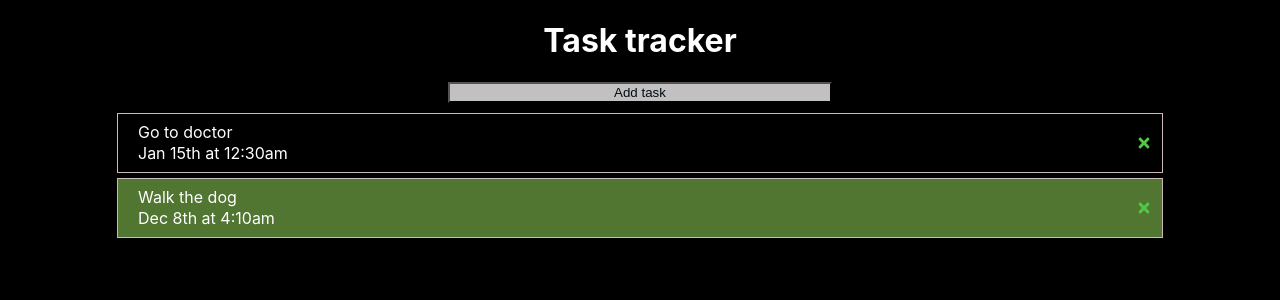
Repository: roscaImarius/task-tracker-react
Page: /
These files come from the project's save history. The page is drawn as it stood at one moment and after the next save; the edit follows.
The browser window is 1280 px wide. The pictures show the whole page.
The project was rebuilt for these pictures with package versions that can differ from the ones it lists, and the page was loaded fresh each time. Requests to the local data server were answered from the project's data file. Also part of the build but not shown: src/components/AddTask.js.

Above is the page before, as saved 2021-03-31 15:23:55.

After the next save:
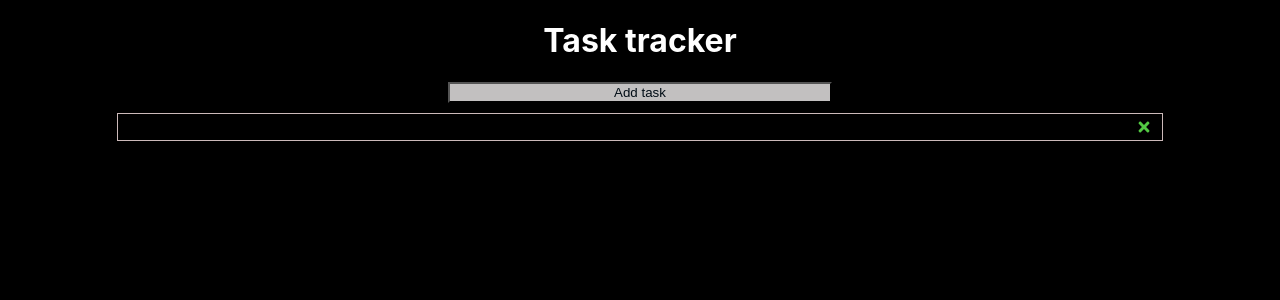
Saved 93 s later.
--- a/src/App.js
+++ b/src/App.js
@@ -9,7 +9,7 @@
   useEffect(() => {
     const getTasks = async () => {
       const tasksFromServer = await fetchTasks();
-      setTasks(tasksFromServer);
+      setTasks([tasksFromServer]);
     };
 
     getTasks();

After the save that followed:
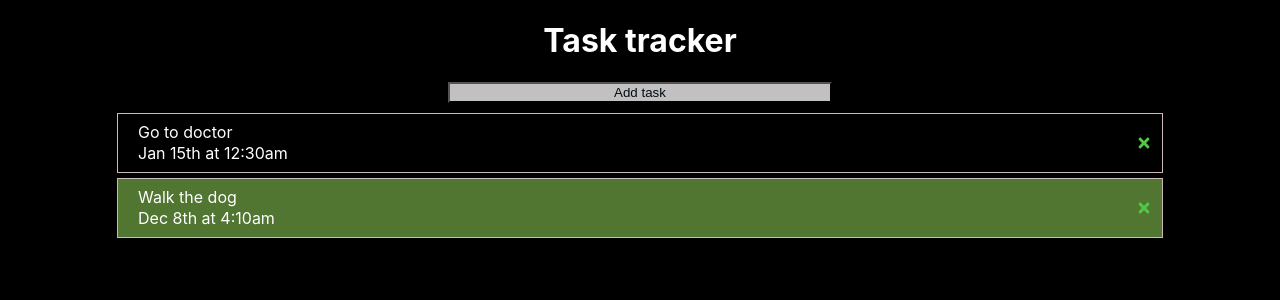
Saved 35 s later.
--- a/src/App.js
+++ b/src/App.js
@@ -9,7 +9,7 @@
   useEffect(() => {
     const getTasks = async () => {
       const tasksFromServer = await fetchTasks();
-      setTasks([tasksFromServer]);
+      setTasks(tasksFromServer);
     };
 
     getTasks();
